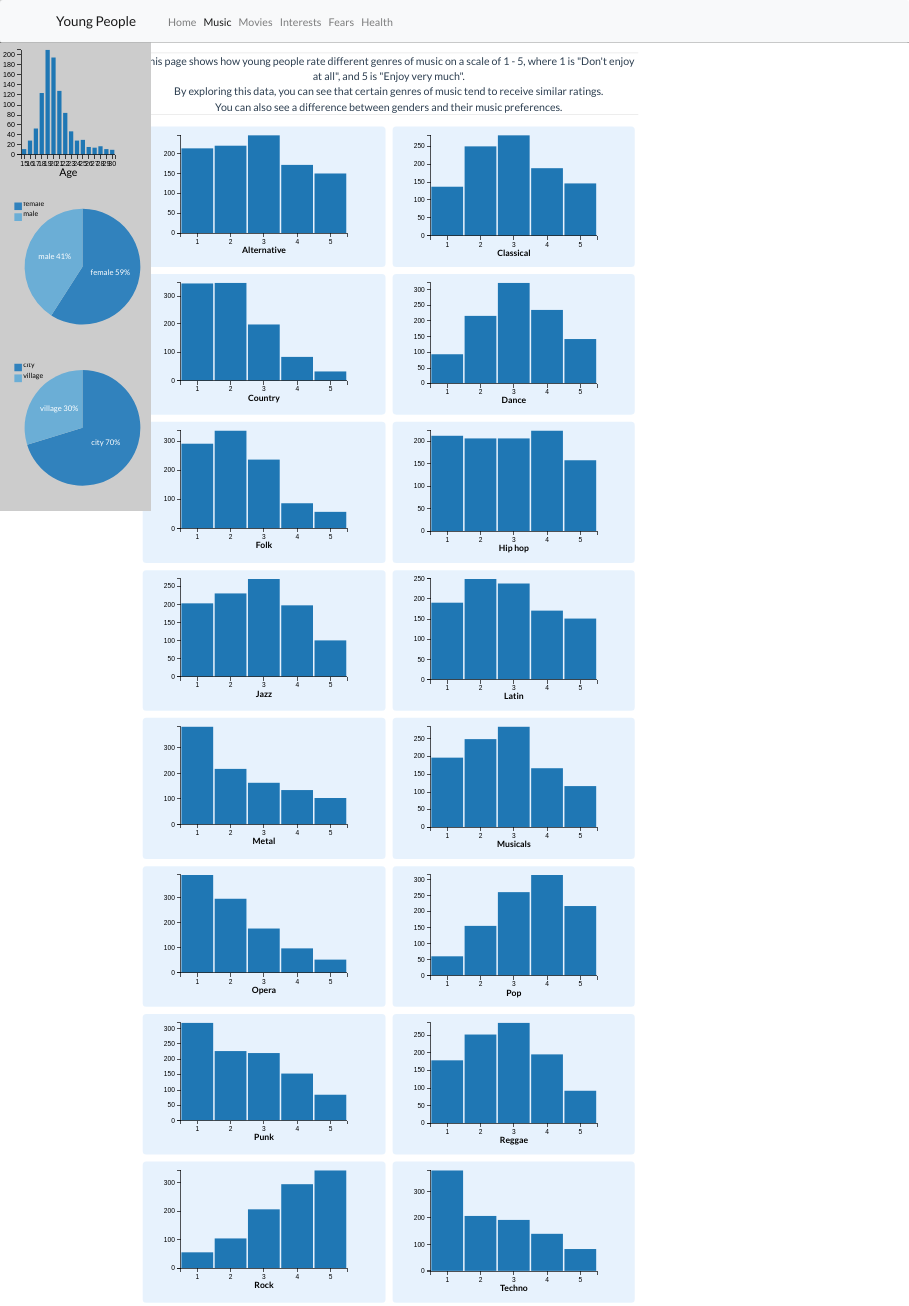
Repository: BrendanMolloy/milestone2
Page: music.html
The author's editor kept a record of every edit. The page is drawn from the files as they stood at one moment, then again after the next edit.
The browser window is 1280 px wide. The pictures show the whole page, at 71% of full size.
Some web libraries are served in a nearby version.

Above is the page before.

After the next edit:
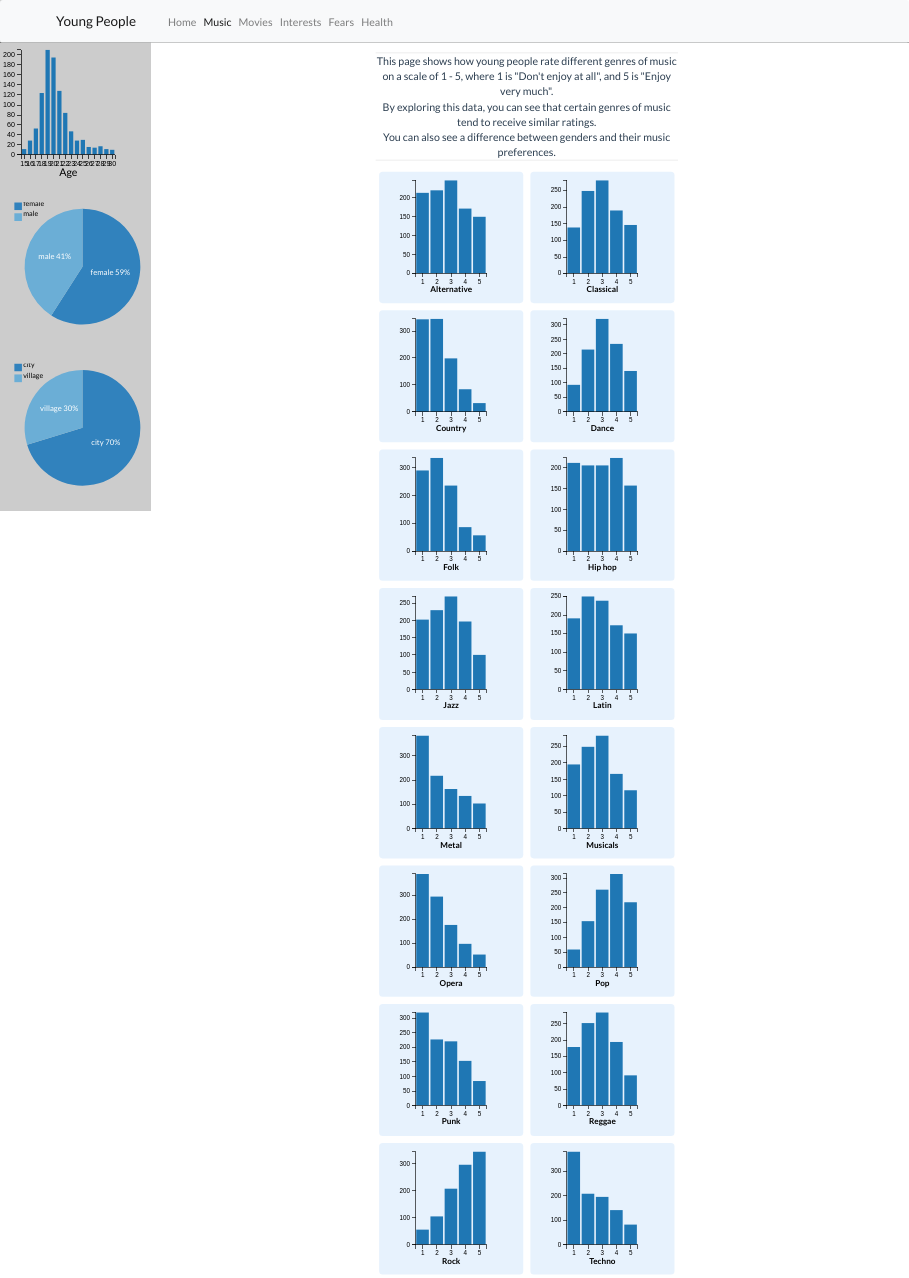
The edit:
--- a/css/style.css
+++ b/css/style.css
@@ -77,8 +77,8 @@
   /*margin-left: 250px;
   Same as the width of the sidebar */
   max-width: 100vw;
-  padding-left: 10%;
-  padding-right: 10%;
+  padding-left: 40%;
+  padding-right: 5%;
   /*padding-top: 60px; */
 }
 
